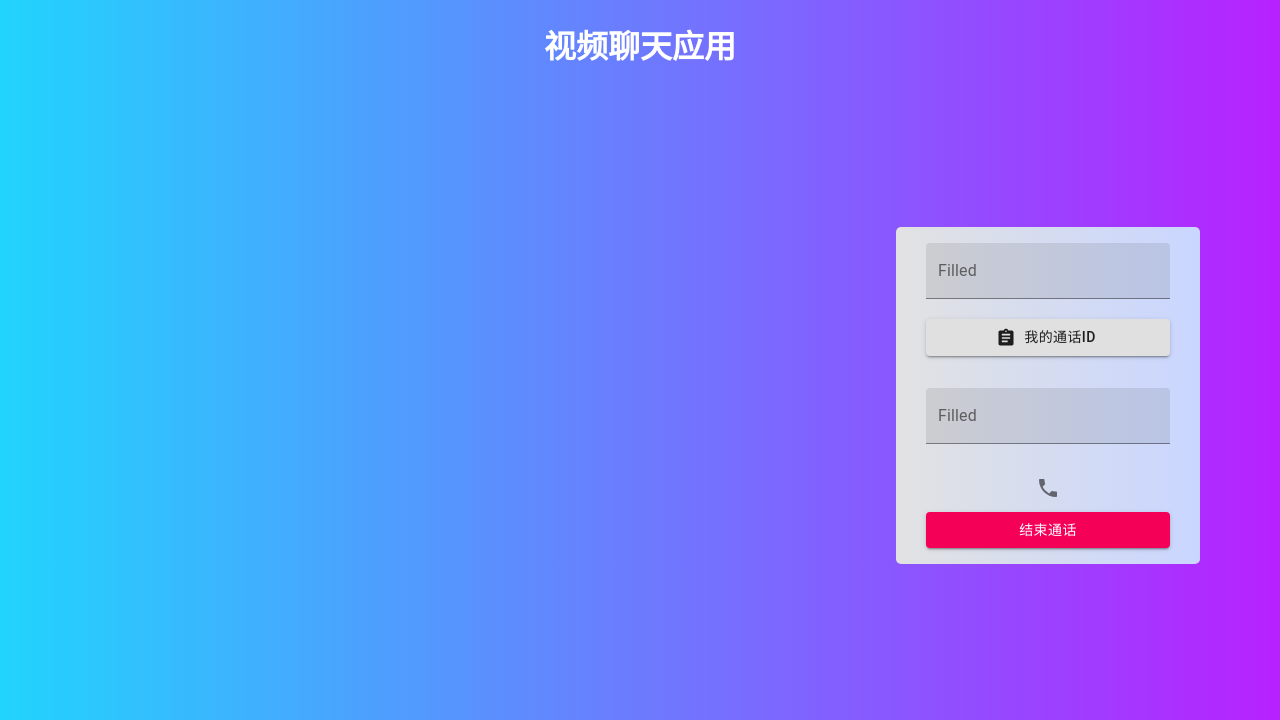
Repository: CodeFreedom-A/webRtc
Page: /
An editor plug-in stored every save of this project. The page is shown before and after the next save, followed by the edit.
The browser window is 1280 px wide. The pictures show the whole page.
The page's requests for data from a server got no answer. The project was rebuilt for these pictures with package versions that can differ from the ones it lists, and the page was loaded fresh each time. No one was signed in, and anything a server would have sent is missing.

Above is the page before, as saved 2022-12-21 17:24:20.

### src/App.js
/*
 * @Author: sunheng
 * @Date: 2022-12-21 15:50:22
 * @LastEditors: sunheng
 * @LastEditTime: 2022-12-21 17:24:20
 * @Description: 请填写简介
 */

import Button from "@material-ui/core/Button";
import IconButton from "@material-ui/core/IconButton";
import TextField from "@material-ui/core/TextField";
import AssignmentIcon from "@material-ui/icons/Assignment";
import PhoneIcon from "@material-ui/icons/Phone";
import React, { useEffect, useRef, useState } from "react";
import { CopyToClipboard } from "react-copy-to-clipboard";
import Peer from "simple-peer";
import io from "socket.io-client";
import "./App.css";
// 客户端socket链接
const socket = io.connect("http//localhost:5000");
function App() {
  const [stream, setStream] = useState(null);
  const [name, setName] = useState(null);
  const [idToCall, setIdToCall] = useState(null);
  const Myvideo = useRef();
  const [me, setMe] = useState("");
  const callUser = () => {};
  //
  useEffect(() => {
    navigator.mediaDevices
      .getUserMedia({ video: true, audio: true })
      .then((res) => {
        console.log(res);
        setStream(res);
        Myvideo.current.srcObject = res;
      })
      .catch((err) => {
        console.log("没有摄像头", err);
      });
  }, []);
  return (
    <>
      <h1 style={{ textAlign: "center", color: "#fff" }}>视频聊天应用</h1>
      <div className="container">
        {/* 视频容器 */}
        <div className="video-container">
          <div className="video">
            <video
              playsInline
              muted
              autoPlay
              style={{ width: "500px" }}
              ref={Myvideo}
            ></video>
          </div>
        </div>

        <div className="myId">
          <TextField
            id="filled-basic"
            label="Filled"
            variant="filled"
            value={name}
            style={{ marginBottom: "20px" }}
            onChange={(e) => setName(e.target.value)}
          />
          <CopyToClipboard text={me} style={{ marginBottom: "2rem" }}>
            <Button
              variant="contained"
              startIcon={<AssignmentIcon fontSize="large" />}
            >
              我的通话ID
            </Button>
          </CopyToClipboard>
          <TextField
            id="filled-basic"
            label="Filled"
            variant="filled"
            value={idToCall}
            style={{ marginBottom: "20px" }}
            onChange={(e) => setIdToCall(e.target.value)}
          />
          <div></div>
          <IconButton onClick={() => callUser(idToCall)}>
            <PhoneIcon></PhoneIcon>
          </IconButton>
          <Button variant="contained" color="secondary">
            结束通话
          </Button>
        </div>
      </div>
    </>
  );
}

export default App;

### src/App.css
.container {
  display: grid;
  grid-template-columns: 7fr 3fr;
  margin-top: 10rem;
}


.video-container {
  display: grid;
  grid-template-columns: 1fr 1fr;
  justify-content: center;
  align-content: center;

  margin-left: 10rem;
}


/* 右侧面板 */

.myId {
  margin-right: 5rem;
  border-radius: 5px;
  background: #c9d6ff;
  background: linear-gradient(to right,
      #e2e2e2,
      #c9d6ff);

  padding: 1rem;
  display: grid;
  justify-content: center;
  align-content: center;
}

.call-button {
  text-align: center;
  margin-top: 2rem;
}



.caller {
  text-align: center;
  color: #fff;
}

body {
  background-image: linear-gradient(to right, #21D4FD 0%, #B721FF 100%);

}

Loaded but not shown: public/index.html (common file); src/index.js (common file); src/index.css (common file); src/reportWebVitals.js (common file)

After the next save:
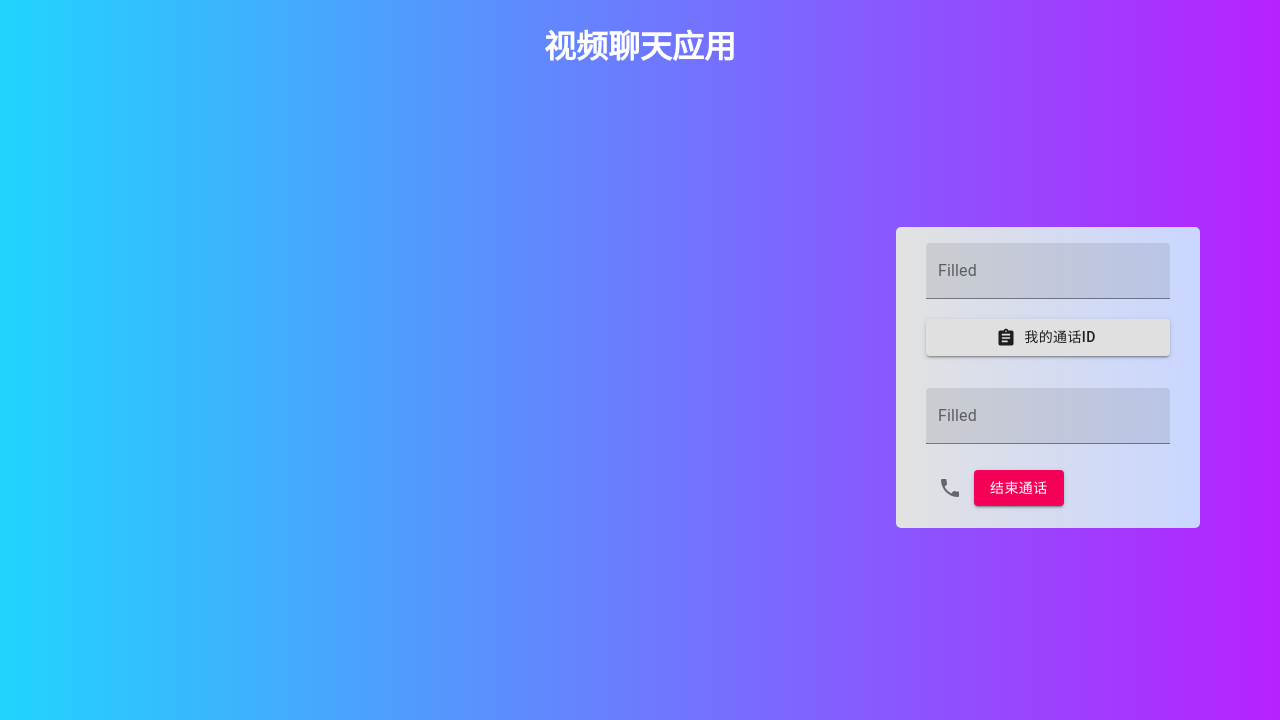
Saved 7 s later.
--- a/src/App.js
+++ b/src/App.js
@@ -80,13 +80,14 @@ function App() {
             style={{ marginBottom: "20px" }}
             onChange={(e) => setIdToCall(e.target.value)}
           />
-          <div></div>
-          <IconButton onClick={() => callUser(idToCall)}>
-            <PhoneIcon></PhoneIcon>
-          </IconButton>
-          <Button variant="contained" color="secondary">
-            结束通话
-          </Button>
+          <div>
+            <IconButton onClick={() => callUser(idToCall)}>
+              <PhoneIcon></PhoneIcon>
+            </IconButton>
+            <Button variant="contained" color="secondary">
+              结束通话
+            </Button>
+          </div>
         </div>
       </div>
     </>
